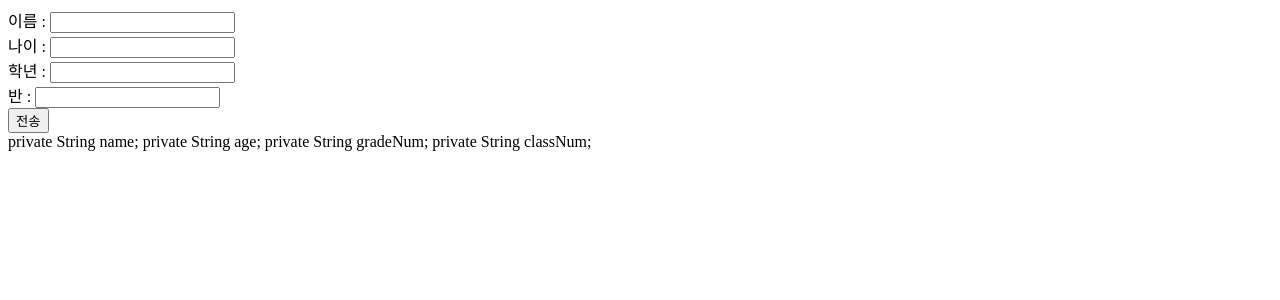
Repository: teng80/SpringLegacy
Page: http://localhost/spring_14_2/
An editor plug-in stored every save of this project. The page is shown before and after the next save, followed by the edit.
The browser window is 1280 px wide. The pictures show the whole page.
The page is served by Tomcat 9.

Above is the page before, as saved 2023-05-31 01:52:33.

After the next save:
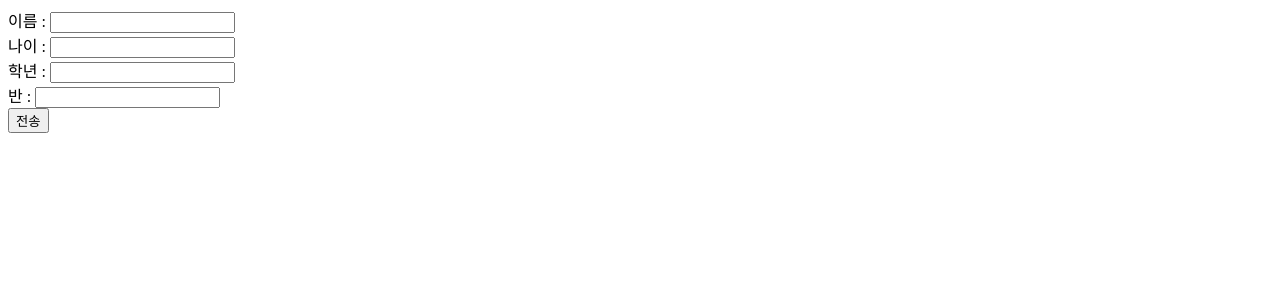
Saved 4 s later.
--- a/spring_14_2/src/main/webapp/WEB-INF/views/index.jsp
+++ b/spring_14_2/src/main/webapp/WEB-INF/views/index.jsp
@@ -16,8 +16,3 @@
 	</form>
 </body>
 </html>
-
-private String name;
-	private String age;
-	private String gradeNum;
-	private String classNum;
